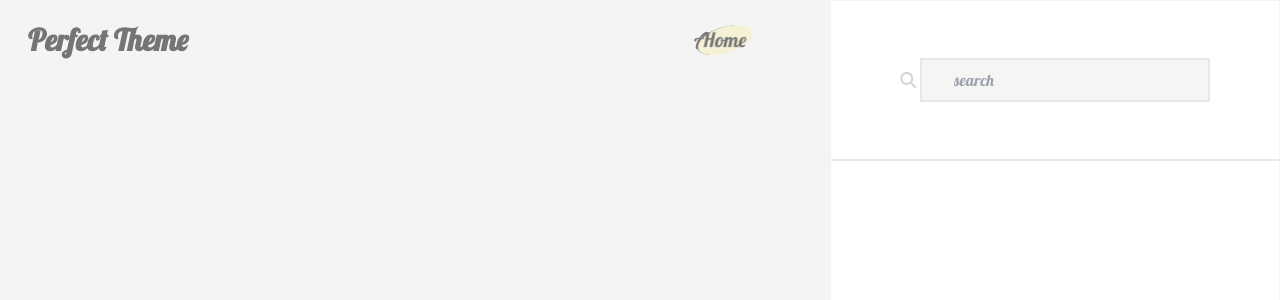
Repository: hsumyatm7308/laravel-blog
Page: blogweb/resources/views/blog/headerlayout.html
These files come from the project's save history. The page is drawn as it stood at one moment and after the next save; the edit follows.
The browser window is 1280 px wide. The pictures show the whole page.
Some web libraries are served in a nearby version.

Above is the page before, as saved 2023-09-04 17:24:00.

After the next save:
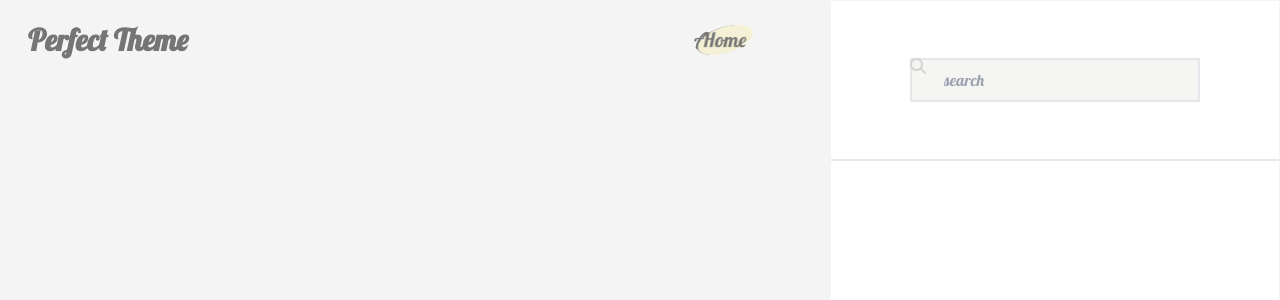
Saved 7 s later.
--- a/blogweb/resources/views/blog/headerlayout.html
+++ b/blogweb/resources/views/blog/headerlayout.html
@@ -123,7 +123,7 @@
 
             <div class="w-full h-40 border-b border-b-2 flex justify-center items-center">
                 <form action="" method="post">
-                    <i class="fa-solid fa-magnifying-glass text-stone-300"></i>
+                    <i class="fa-solid fa-magnifying-glass text-stone-300 absolute"></i>
                     <input type="search" class="border-2 px-8 py-2 bg-stone-100" placeholder="search">
                 </form>
             </div>
